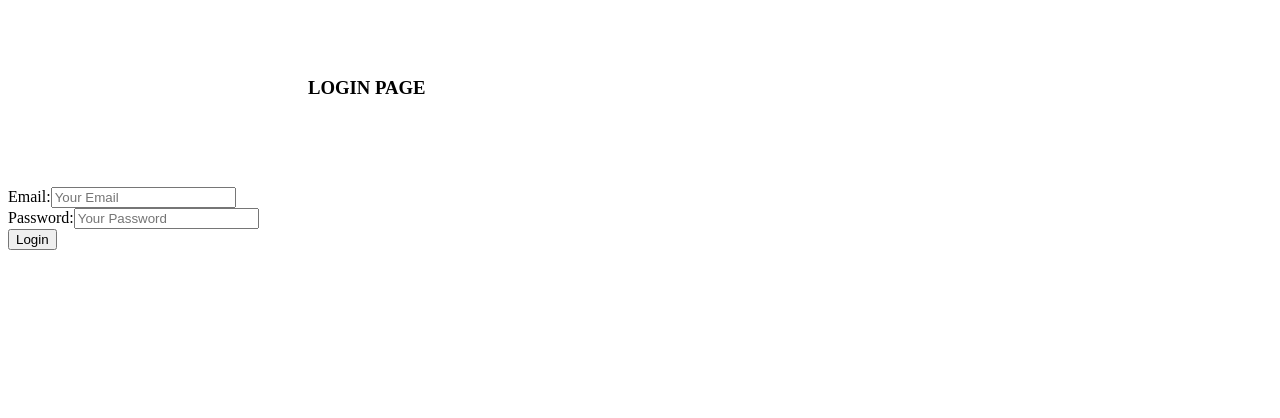
Repository: msibgathulla9980/Servlet
Page: LoginRegistrationApp/WebContent/login.html
An editor plug-in stored every save of this project. The page is shown before and after the next save, followed by the edit.
The browser window is 1280 px wide. The pictures show the whole page.

Above is the page before, as saved 2019-01-23 04:17:55.

After the next save:
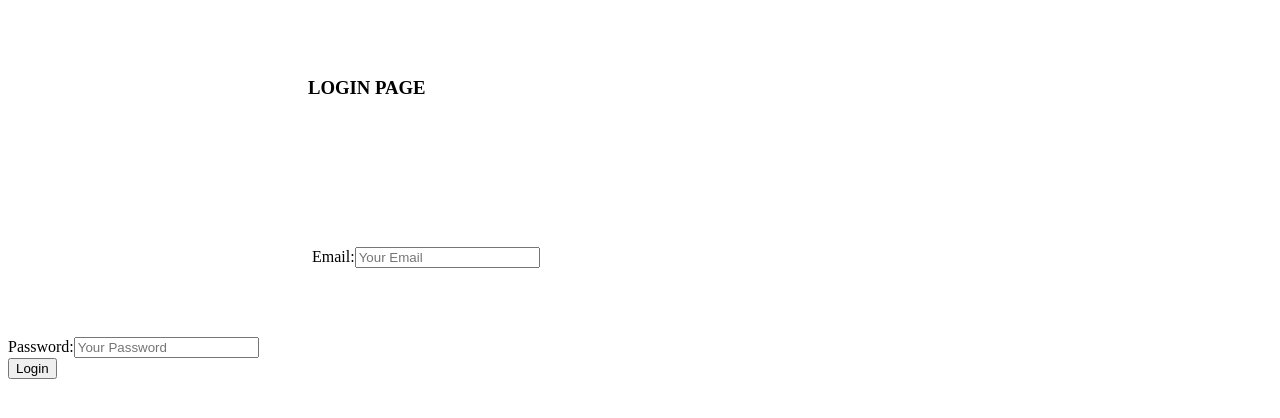
Saved 54 s later.
--- a/LoginRegistrationApp/WebContent/login.html
+++ b/LoginRegistrationApp/WebContent/login.html
@@ -7,6 +7,7 @@
 </head>
 <body>
 <form action="login" method="post">
+<object align="middle"></object>
 Email:<input type="email" name="email" placeholder="Your Email" required/><br>
 Password:<input type="password" name="password" placeholder="Your Password" required/><br>
  <input type="submit" value="Login"/>
